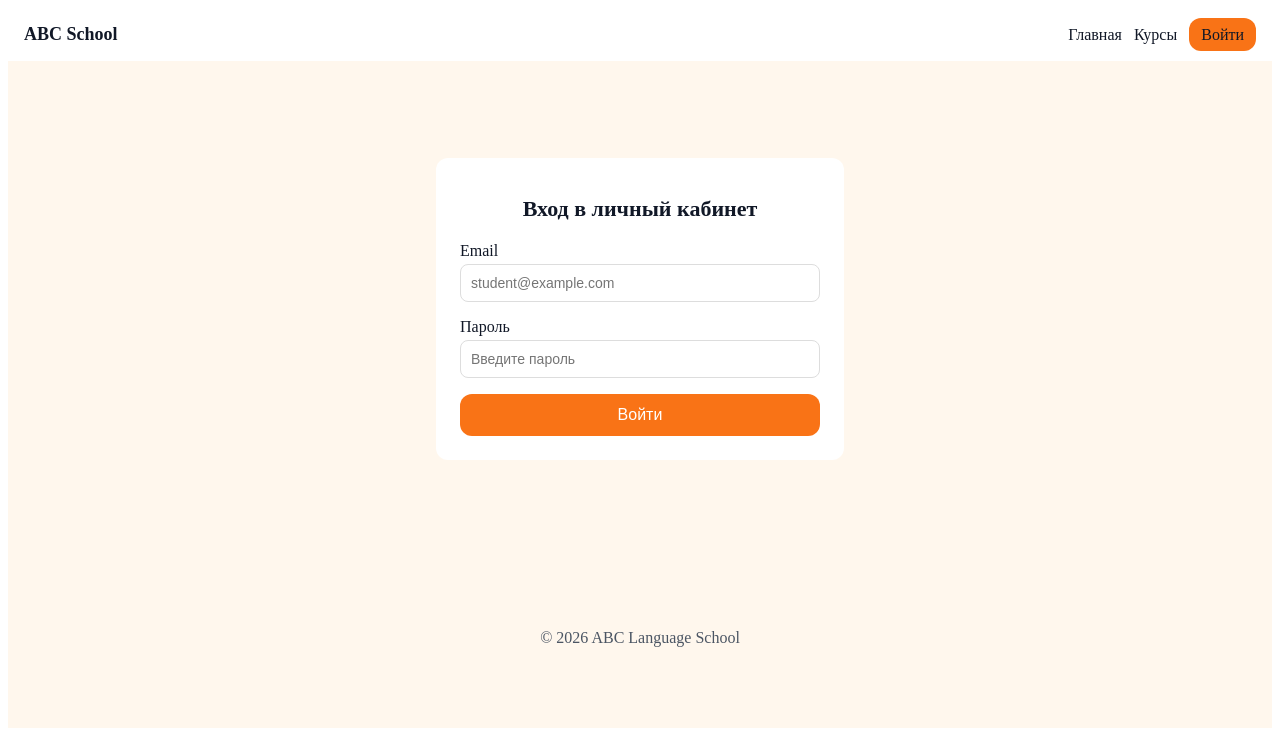
Repository: vidergooold/abc-language-school
Page: /login (app in frontend/)
An editor plug-in stored every save of this project. The page is shown before and after the next save, followed by the edit.
The browser window is 1280 px wide. The pictures show the whole page.
The project was rebuilt for these pictures with package versions that can differ from the ones it lists, and the page was loaded fresh each time. Also part of the build but not shown: frontend/vite.config.ts, frontend/src/components/ui/BaseButton.vue, frontend/src/stores/enrollment.ts, frontend/src/components/home/LeadForm.vue, frontend/src/components/home/HeroSection.vue, frontend/src/components/home/StatsBlock.vue, frontend/src/components/home/CoursesPreview.vue, frontend/src/pages/Home.vue and 8 more.

Above is the page before, as saved 2026-01-10 18:44:39.

After the next save:
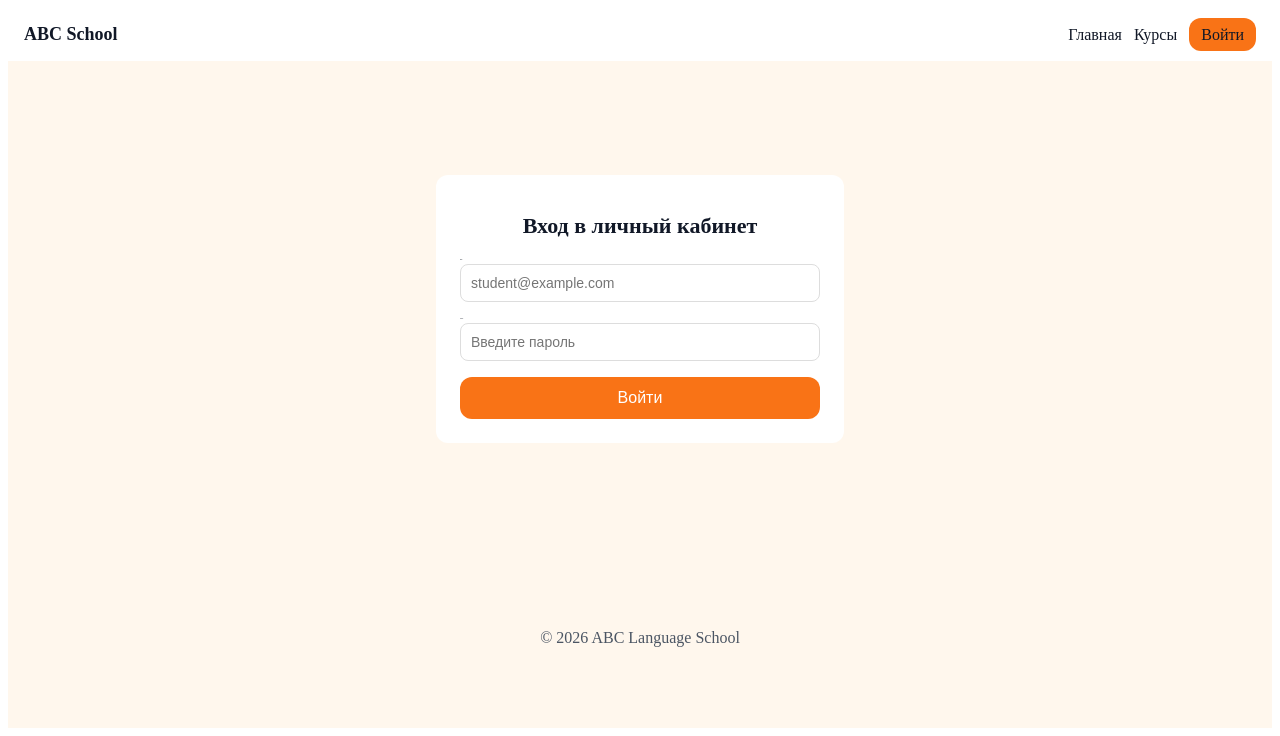
Saved 6 s later.
--- a/frontend/src/pages/Login.vue
+++ b/frontend/src/pages/Login.vue
@@ -89,7 +89,7 @@ async function submit() {
 }
 
 .field label {
-  font-size: 16px;
+  font-size: 1px;
   margin-bottom: 4px;
 }
 
